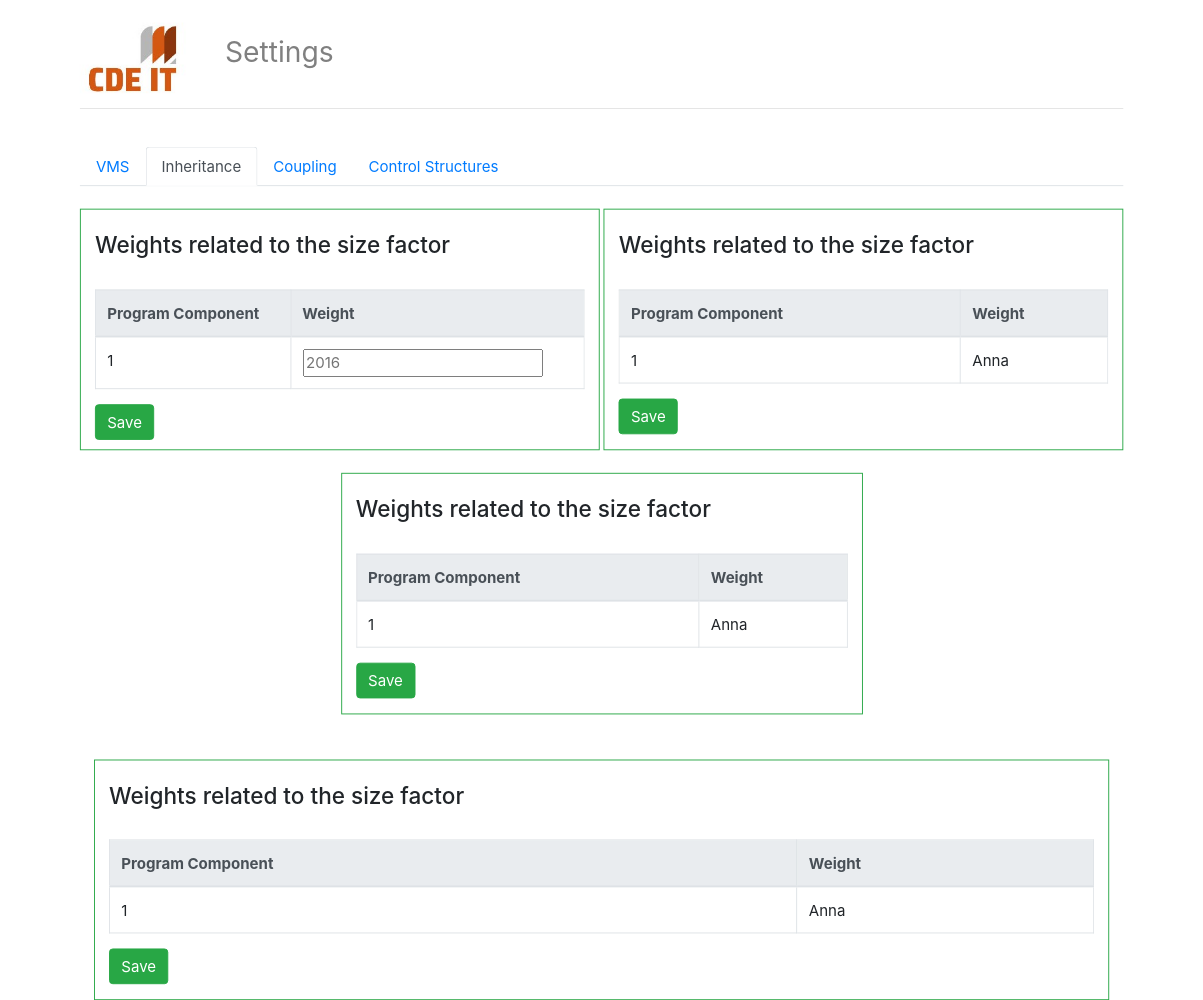
Repository: JudeAshan98/ITPM
Page: CDE_IT/WebContent/views/settings.html
The author's editor kept a copy of each file at every save. The page is drawn from the files as they stood at one save, then again after the next save.
The browser window is 1280 px wide. The pictures show the whole page, at 94% of full size.

Above is the page before, as saved 2020-03-01 16:48:20.

### CDE_IT/WebContent/views/settings.html
<!DOCTYPE html>
<html lang="en">
<head>
<title>Bootstrap Example</title>
<meta charset="utf-8">
<meta name="viewport" content="width=device-width, initial-scale=1">
<link rel="stylesheet"
	href="https://maxcdn.bootstrapcdn.com/bootstrap/4.4.1/css/bootstrap.min.css">
<script
	src="https://ajax.googleapis.com/ajax/libs/jquery/3.4.1/jquery.min.js"></script>
<script
	src="https://cdnjs.cloudflare.com/ajax/libs/popper.js/1.16.0/umd/popper.min.js"></script>
<script
	src="https://maxcdn.bootstrapcdn.com/bootstrap/4.4.1/js/bootstrap.min.js"></script>
</head>
<body>
	<br>

	<div class="container">
		<div>
			<img src="../img/logoe.png" style="max-height: 75px">
			<text style="font-size:30px; color:gray ; margin-left:30px;">
			Settings<text>
			<hr />
		</div>
		<br>

		<!-- Nav tabs -->
		<ul class="nav nav-tabs" role="tablist">
			<li class="nav-item"><a class="nav-link" data-toggle="tab"
				href="#vms">VMS</a></li>
			<li class="nav-item"><a class="nav-link active"
				data-toggle="tab" href="#inheritance">Inheritance</a></li>
			<li class="nav-item"><a class="nav-link" data-toggle="tab"
				href="#Coupling">Coupling</a></li>
			<li class="nav-item"><a class="nav-link" data-toggle="tab"
				href="#Control">Control Structures</a></li>
		</ul>

		<!-- Tab panes -->
		<div class="tab-content">
			<div id="vms" class="container tab-pane active">
				<br>
				<div class="row">
					<div class="col-sm border border-success">
						<br>
						<h4>Weights related to the size factor</h4>
						<div class="table-responsive">
							<br>
							<table class="table table-bordered">
								<thead class="thead-light">
									<tr>
										<th>Program Component</th>
										<th>Weight</th>
									</tr>
								</thead>
								<tbody>
									<tr>
										<td>1</td>
										<td><input type="number" placeholder="2016"></td>
									</tr>
								</tbody>
							</table>
						</div>
						<button type="button" class="btn btn-success">Save</button>
					</div>
					&nbsp
					<div class="col-sm border border-success">
						<br>
						<h4>Weights related to the size factor</h4>
						<div class="table-responsive">
							<br>
							<table class="table table-bordered">
								<thead class="thead-light">
									<tr>
										<th>Program Component</th>
										<th>Weight</th>
									</tr>
								</thead>
								<tbody>
									<tr>
										<td>1</td>
										<td>Anna</td>
									</tr>
								</tbody>
							</table>
						</div>
						<button type="button" class="btn btn-success">Save</button>
						<p></p>
					</div>
				</div>
				<br>
				<div class="row justify-content-md-center">
					<div class="col-md-6 border border-success">
						<br>
						<h4>Weights related to the size factor</h4>
						<div class="table-responsive">
							<br>
							<table class="table table-bordered">
								<thead class="thead-light">
									<tr>
										<th>Program Component</th>
										<th>Weight</th>
									</tr>
								</thead>
								<tbody>
									<tr>
										<td>1</td>
										<td>Anna</td>
									</tr>
								</tbody>
							</table>
						</div>
						<button type="button" class="btn btn-success">Save</button>
						<p></p>
					</div>
				</div>
				<br>
			</div>
			<div id="inheritance" class="container tab-pane active">
				<br>
				<div class="col-sm border border-success">
					<br>
					<h4>Weights related to the size factor</h4>
					<div class="table-responsive">
						<br>
						<table class="table table-bordered">
							<thead class="thead-light">
								<tr>
									<th>Program Component</th>
									<th>Weight</th>
								</tr>
							</thead>
							<tbody>
								<tr>
									<td>1</td>
									<td>Anna</td>
								</tr>
							</tbody>
						</table>
					</div>
					<button type="button" class="btn btn-success">Save</button>
					<p></p>
				</div>
			</div>
			<div id="Coupling" class="container tab-pane fade">
				<br>
				<div class="col-sm border border-success">
					<br>
					<h4>Weights related to the size factor</h4>
					<div class="table-responsive">
						<br>
						<table class="table table-bordered">
							<thead class="thead-light">
								<tr>
									<th>Program Component</th>
									<th>Weight</th>
								</tr>
							</thead>
							<tbody>
								<tr>
									<td>1</td>
									<td>Anna</td>
								</tr>
							</tbody>
						</table>
					</div>
					<button type="button" class="btn btn-success">Save</button>
					<p></p>
				</div>
			</div>
			<div id="Control" class="container tab-pane fade">
				<br>
				<div class="col-sm border border-success">
					<br>
					<h4>Weights related to the size factor</h4>
					<div class="table-responsive">
						<br>
						<table class="table table-bordered">
							<thead class="thead-light">
								<tr>
									<th>Program Component</th>
									<th>Weight</th>
								</tr>
							</thead>
							<tbody>
								<tr>
									<td>1</td>
									<td>Anna</td>
								</tr>
							</tbody>
						</table>
					</div>
					<button type="button" class="btn btn-success">Save</button>
					<p></p>
				</div>
			</div>
		</div>

	</div>
</body>
</html>

After the next save:
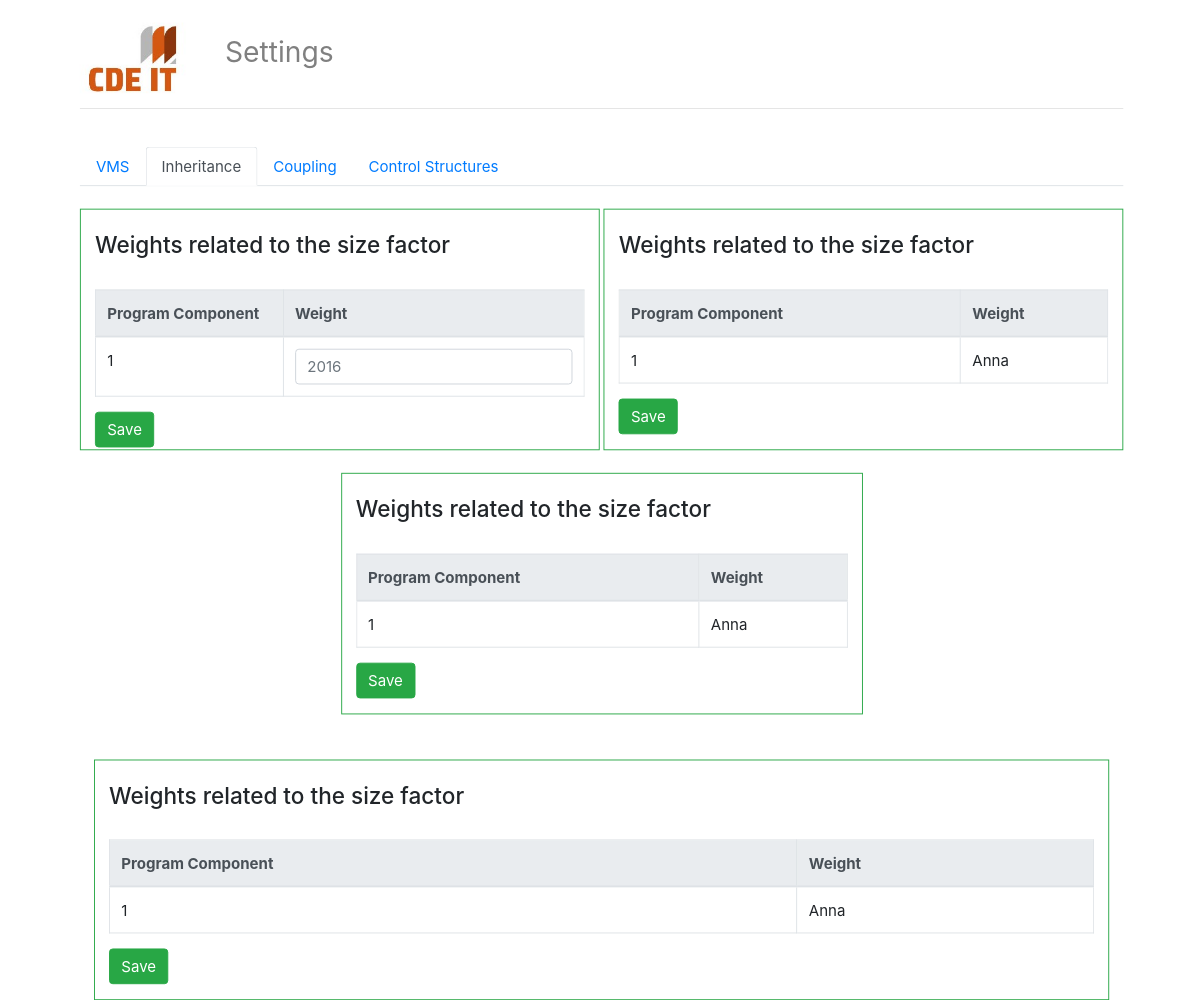
Saved 2 min 41 s later.
--- a/CDE_IT/WebContent/views/settings.html
+++ b/CDE_IT/WebContent/views/settings.html
@@ -57,7 +57,7 @@
 								<tbody>
 									<tr>
 										<td>1</td>
-										<td><input type="number" placeholder="2016"></td>
+										<td><input type="number" class="form-control" placeholder="2016"></td>
 									</tr>
 								</tbody>
 							</table>
